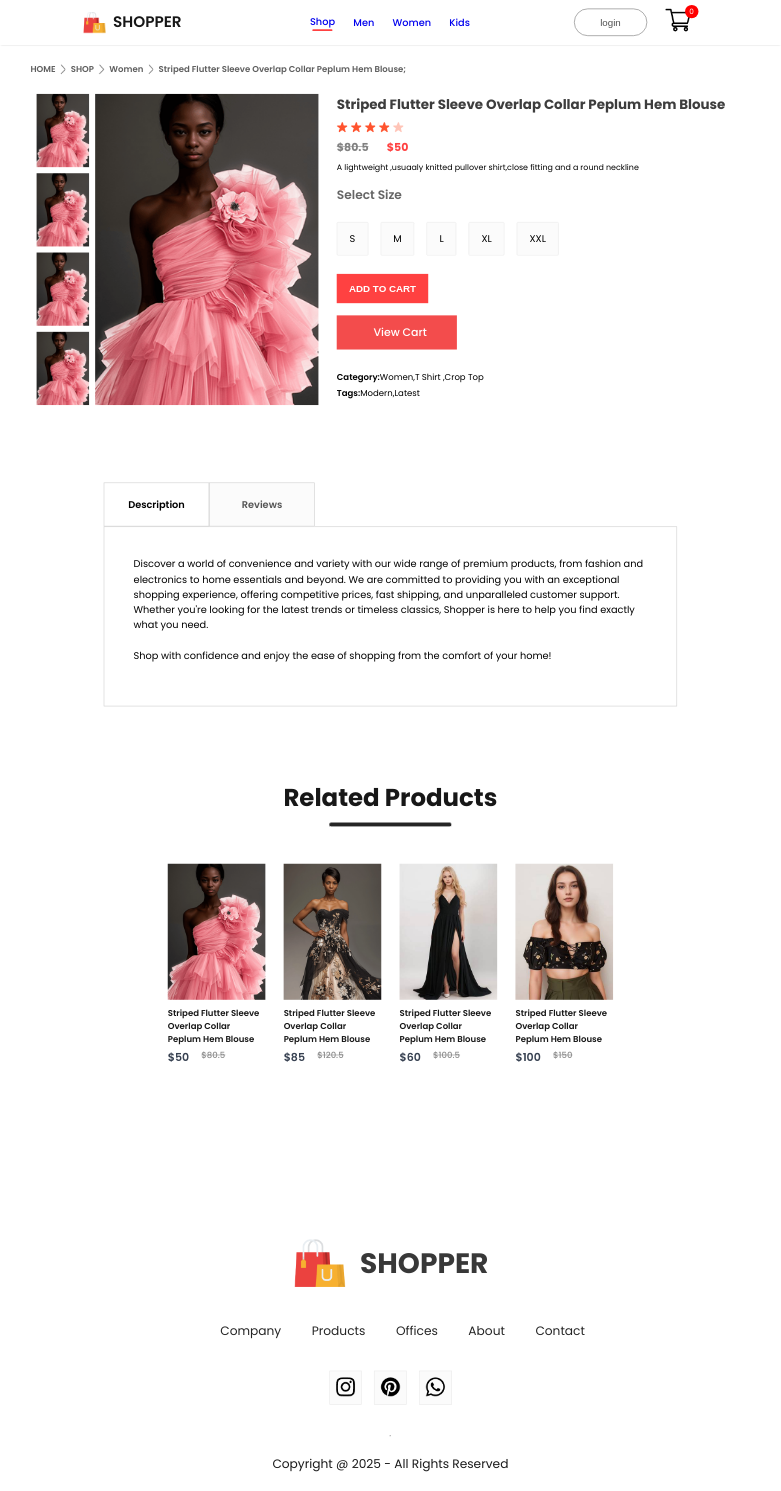
Repository: PayalJakhar/Shoppers-E-commerce-Website
Page: /product/1 (app in frontend/)
The author's editor kept a copy of each file at every save. The page is drawn from the files as they stood at one save, then again after a run of saves.
The browser window is 1280 px wide. The pictures show the whole page, at 61% of full size.
The project was rebuilt for these pictures with package versions that can differ from the ones it lists, and the page was loaded fresh each time. Also part of the build but not shown: frontend/src/App.css, frontend/src/Components/Hero/Hero.css, frontend/src/Components/Hero/Hero.jsx, frontend/src/Components/Popular/Popular.css, frontend/src/Components/Popular/Popular.jsx, frontend/src/Components/Offers/Offers.css, frontend/src/Components/Offers/Offers.jsx, frontend/src/Components/NewCollections/NewCollections.css and 12 more.

Above is the page before, as saved 2025-01-17 19:00:17.

After the next 2 saves:
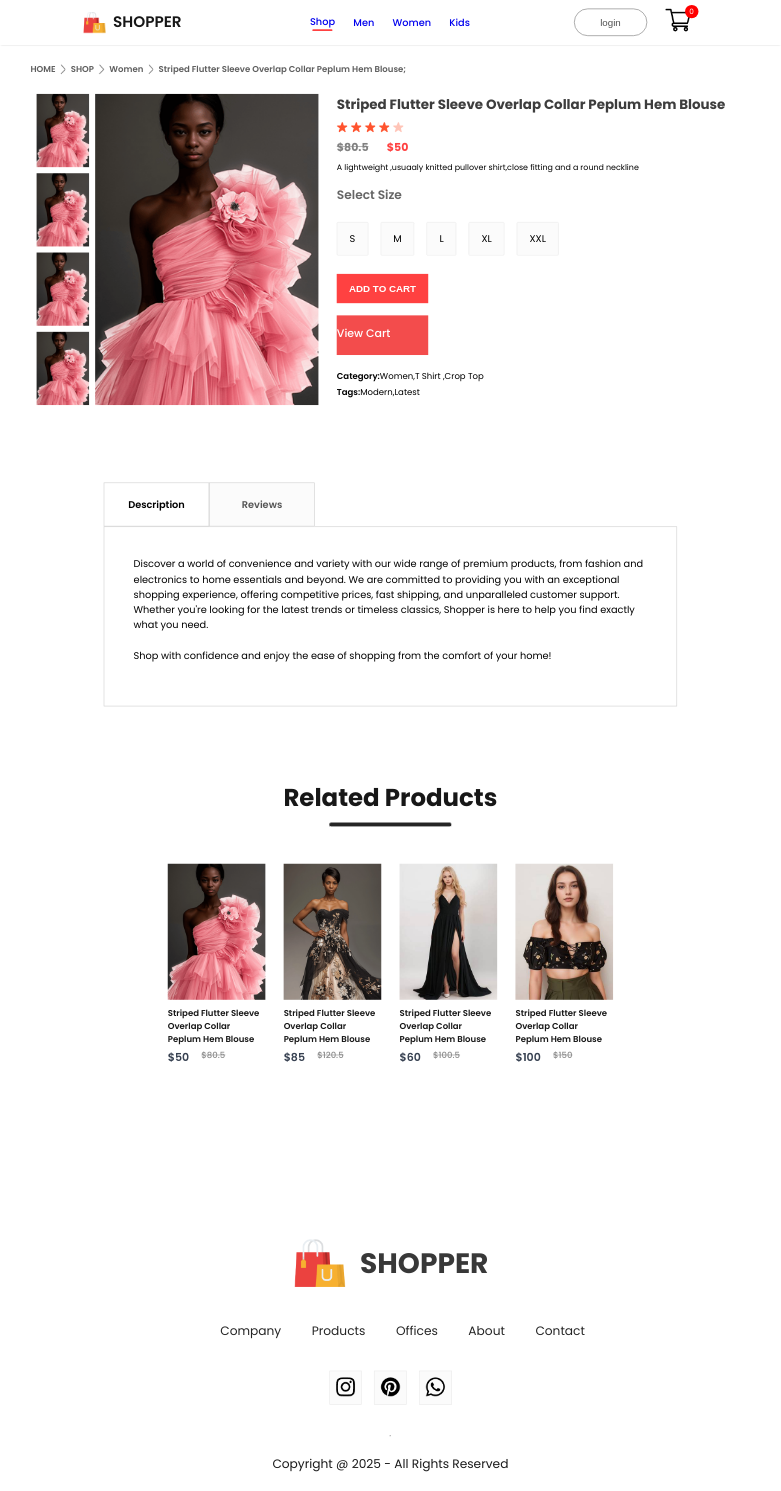
The 2 saves are shown as one change because they came seconds apart.
The last was saved 8 s later.
--- a/frontend/src/Components/ProductDisplay/ProductDisplay.css
+++ b/frontend/src/Components/ProductDisplay/ProductDisplay.css
@@ -164,7 +164,7 @@
         padding: 15px 0px;
         margin-bottom: 20px;
     }
-    .view-cart-link
+    .view-cart-link{
         width: 150px;
         padding: 15px 0px;
         margin-bottom: 20px;
